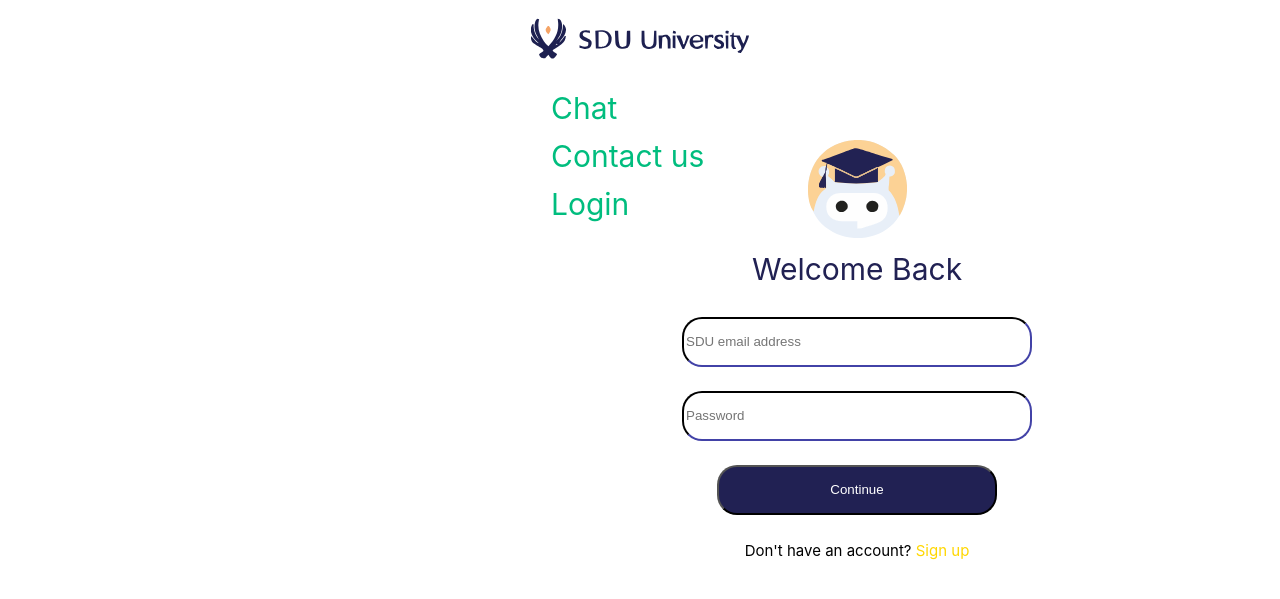
Repository: tolepbekova/Community_v.l
Page: /login
An editor plug-in stored every save of this project. The page is shown before and after the next save, followed by the edit.
The browser window is 1280 px wide. The pictures show the whole page.
The project was rebuilt for these pictures with package versions that can differ from the ones it lists, and the page was loaded fresh each time. Also part of the build but not shown: vite.config.js, src/components/HelloWorld.vue. Imported but missing from the stored project, and not drawn on this page: src/views/Change.vue.

Above is the page before, as saved 2024-05-10 03:17:17.

After the next save:
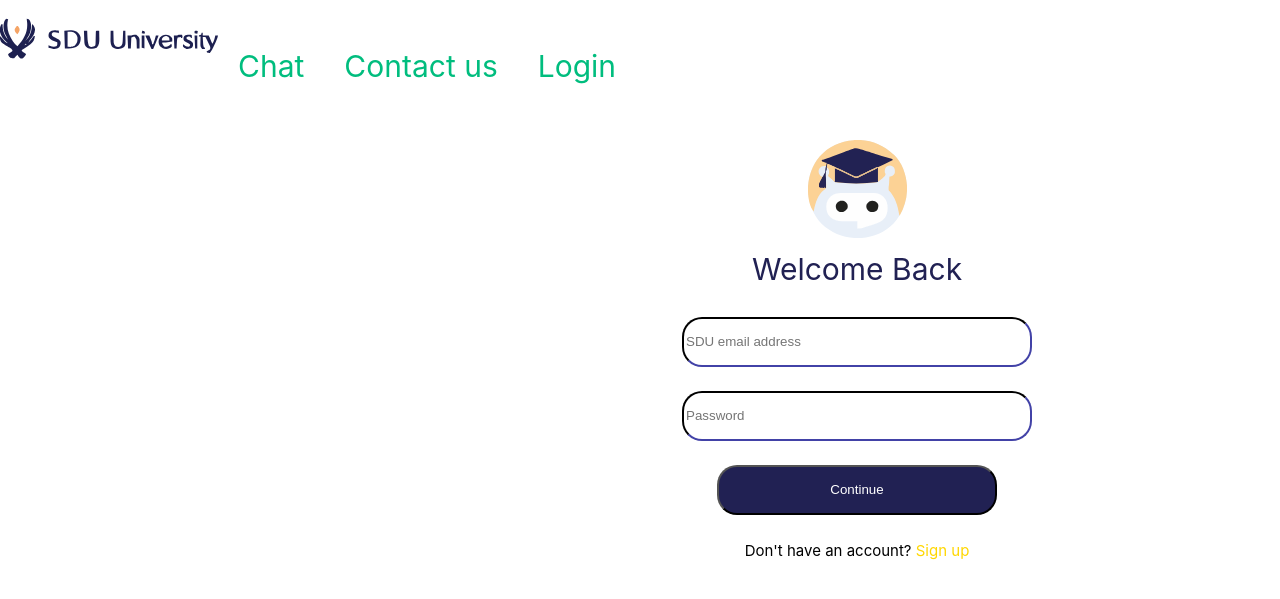
Saved 29 s later.
--- a/src/App.vue
+++ b/src/App.vue
@@ -14,9 +14,9 @@ import './assets/base.css'
 
                     <v-spacer></v-spacer>
 
-                    <li><router-link to="/getstart">Chat</router-link></li>
-                        <li><router-link to="/contact">Contact us</router-link></li>
-                        <li><router-link to="/auth">Login</router-link></li>
+                    <span><router-link to="/getstart">Chat</router-link></span>
+                        <span><router-link to="/contact">Contact us</router-link></span>
+                        <span><router-link to="/auth">Login</router-link></span>
 
 
                 </v-toolbar>
@@ -35,7 +35,6 @@ import './assets/base.css'
 
 #header {
 
-    display: flex;
     width: 100%;
     flex-direction: column;
     align-items: center;
@@ -56,7 +55,7 @@ import './assets/base.css'
     align-items: center;
     justify-content: center;
 }
-li  {
+span  {
     list-style: none;
     padding: 0 20px;
     text-decoration: none;
